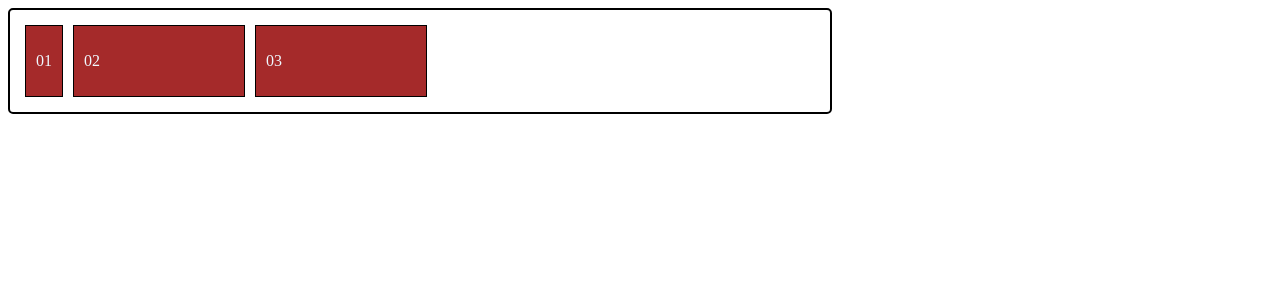
Repository: ozielms/flexbox
Page: outros/flexbox-master/index.html
The author's editor kept a copy of each file at every save. The page is drawn from the files as they stood at one save, then again after the next save.
The browser window is 1280 px wide. The pictures show the whole page.

Above is the page before, as saved 2022-04-23 04:01:40.

### outros/flexbox-master/index.html
<!DOCTYPE html>
<html lang="en">

<head>
    <meta charset="UTF-8">
    <meta http-equiv="X-UA-Compatible" content="IE=edge">
    <meta name="viewport" content="width=device-width, initial-scale=1.0">
    <title>Flexbox</title>

    <link rel="stylesheet" href="css/estilo.css">
</head>

<body>

    <div class="pai">
        <div class="filho1">
            <p>01</p>
        </div>
        <div class="filho2">
            <p>02</p>
        </div>
        <div class="filho3">
            <p>03</p>
        </div>
    </div>

</body>

</html>

### outros/flexbox-master/css/estilo.css
.pai {
    max-width: 800px;
    padding: 10px;
    border: 2px solid black;
    border-radius: 5px;
    display: flex;
    flex-direction: row;
    align-items: center;
}

.filho1 {
    background-color: brown;
    border: 1px solid black;
    margin: 5px;
}

.filho2 {
    width: 20%;
    height: 99%;
    background-color: brown;
    border: 1px solid black;
    margin: 5px;
}

.filho3 {
    width: 20%;
    height: 99%;
    background-color: brown;
    border: 1px solid black;
    margin: 5px;
}

.filho1,
.filho2,
.filho3,
div p {
    color: aliceblue;
    padding: 5px;
}

After the next save:
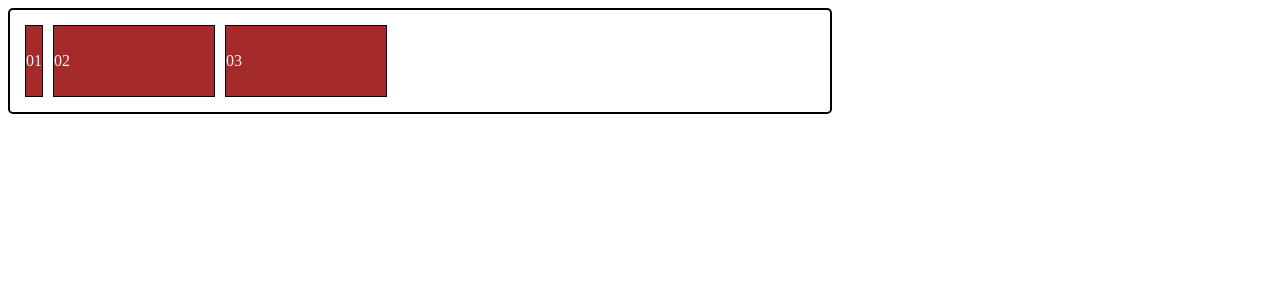
Saved 10 s later.
--- a/outros/flexbox-master/css/estilo.css
+++ b/outros/flexbox-master/css/estilo.css
@@ -35,5 +35,5 @@
 .filho3,
 div p {
     color: aliceblue;
-    padding: 5px;
+    padding: 5px 0px;
 }
